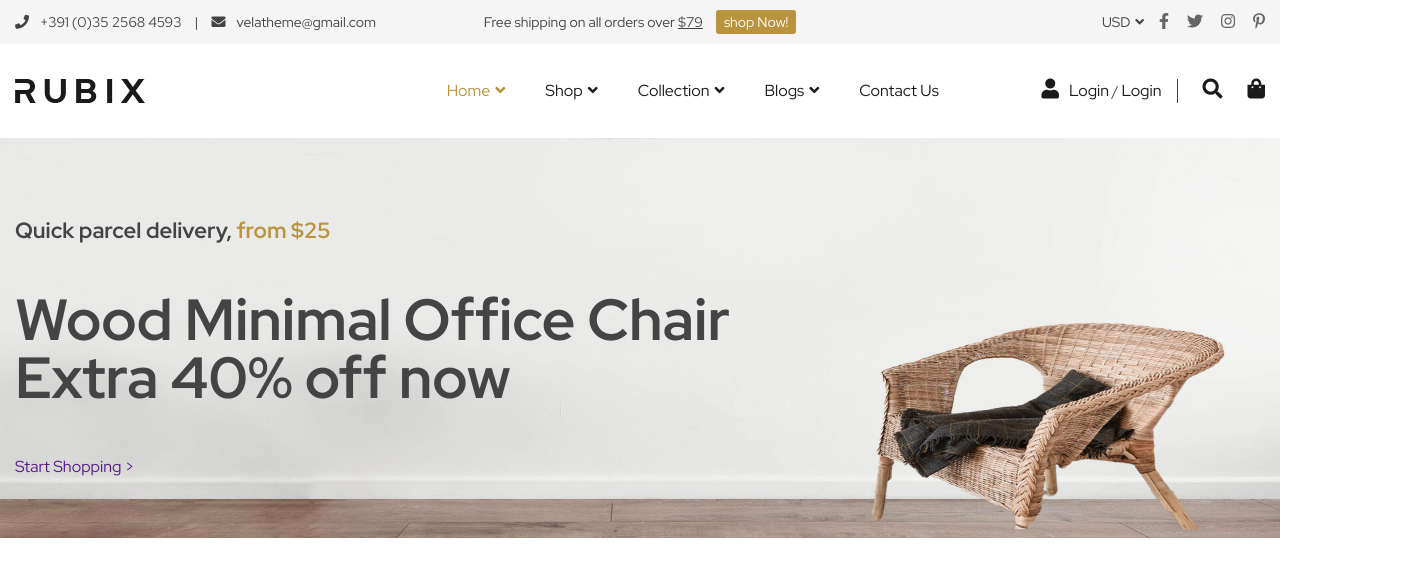
Repository: ldminh95/Gin-velademo
Page: index.html
The author's editor kept a copy of each file at every save. The page is drawn from the files as they stood at one save, then again after the next save.
The browser window is 1280 px wide. The page is 1410 px wide, so the pictures cover 1410 px, including what lies to the right of the window. The pictures show the whole page.
The style sheet was rebuilt from its Sass, Less or Tailwind sources for each picture, by a compiler version that may differ from the author's.

Above is the page before, as saved 2023-05-28 11:15:17.

After the next save:
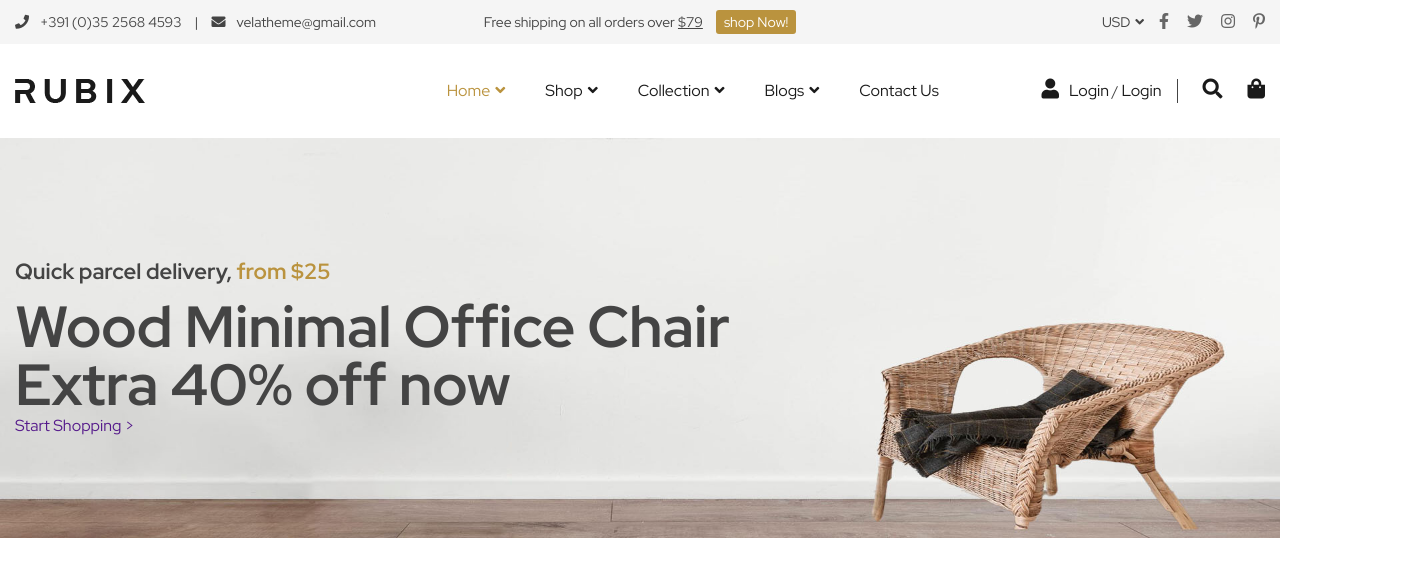
Saved 34 s later.
--- a/css/base.css
+++ b/css/base.css
@@ -25,7 +25,7 @@ a {
 li {
     list-style-type: none;
 }
-ul {
+h2,ul {
     padding: 0;
     margin: 0;
 }
